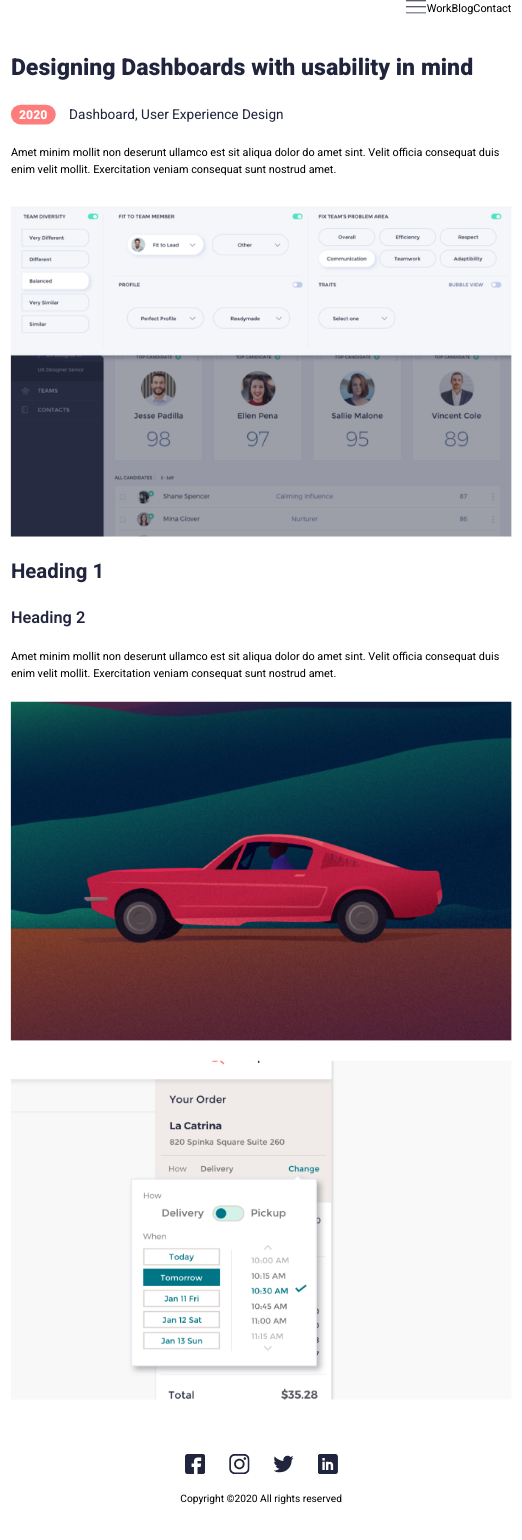
Repository: sharma171/portfolio
Page: /detailed
An editor plug-in stored every save of this project. The page is shown before and after the next save, followed by the edit.
The browser window is 768 px wide. The pictures show the whole page, at 68% of full size.
The project was rebuilt for these pictures with package versions that can differ from the ones it lists, and the page was loaded fresh each time. The framework's server and built-in components were replaced by stand-ins that run in the browser. Also part of the build but not shown: next.config.mjs.

Above is the page before, as saved 2024-06-02 22:33:32.

### src/app/layout.js

import "./globals.css";


export const metadata = {
  title: "Portfolio Website",
  description: "Blogging and projects site",
};

export default function RootLayout({ children }) {
  return (
    <html lang="en">
      <body>{children}</body>
    </html>
  );
}

### src/app/detailed/layout.jsx


export const metadata = {
    title: "Portfolio Website",
    description: "Blogging and projects site",
};

export default function RootLayout({ children}) {
    return (
        <html lang="en">
            <body>
                {children}
            </body>
        </html>
    );
}

### src/app/detailed/page.jsx
import React from "react";
import "../../app/globals.css";
import Image from "next/image";
import "../page.css"
import Header from "../../components/Header"
import Footer from "../../components/Footer"
import Featured1 from "../../../public/work/detailedOne.png";
import Featured2 from "../../../public/work/detailedTwo.png";
import Featured3 from "../../../public/work/detailedThree.png";

export default function DetailPage() {
    return (
        <>
        <Header />
        <section className="detailed">
            <div className="container">
                <div className="detailed-inner">
                    <h1 className="main-heading">
                    Designing Dashboards with usability in mind
                    </h1>
                    <div className="det-row">
                        <span className="date">2020</span>
                        <span className="topic">Dashboard, User Experience Design</span>
                    </div>
                    <h2 className="subheading">
                        Amet minim mollit non deserunt ullamco est sit aliqua dolor do amet sint. Velit officia consequat duis enim velit mollit. Exercitation veniam consequat sunt nostrud amet.
                    </h2>
                    <Image src={Featured1} alt="featured" className="full-w-thumb" />
                    <h1>Heading 1</h1>
                    <h2>Heading 2</h2>
                    <p className="subheading">
                        Amet minim mollit non deserunt ullamco est sit aliqua dolor do amet sint. Velit officia consequat duis enim velit mollit. Exercitation veniam consequat sunt nostrud amet.
                    </p>
                    <Image src={Featured2} alt="featured" className="full-w-thumb" />
                    <Image src={Featured3} alt="featured" className="full-w-thumb" />
                </div>
            </div>
        </section>
        <Footer />
        </>
    );
}

### src/app/globals.css
@import url('https://fonts.googleapis.com/css2?family=Heebo:wght@100..900&display=swap');

:root {
  --max-width: 1180px;
  --border-radius: 12px;
  --font-mono: ui-monospace, Menlo, Monaco, "Cascadia Mono", "Segoe UI Mono",
    "Roboto Mono", "Oxygen Mono", "Ubuntu Monospace", "Source Code Pro",
    "Fira Mono", "Droid Sans Mono", "Courier New", monospace;
  --main-font: "Heebo", sans-serif;
  --weight--300: 300;
  --weight--400: 400;
  --weight--500: 500;
  --weight--600: 600;
  --weight--700: 700;
  --weight--800: 800;
  --weight--900: 900;
  --hero-button: #FF6464;
  --text-color: #21243D;
}

* {
  box-sizing: border-box;
  padding: 0;
  margin: 0;
}

html,
body {
  max-width: 100vw;
  overflow-x: hidden;
  font-family: var(--main-font);
}

a {
  color: inherit;
  text-decoration: none;
}
.container {
  max-width: var(--max-width);
  margin: 0 auto;
  padding: 0 1rem;
}
header {
  background: #fff;
}
header .header-logo {
  width: 1rem;
  height: auto;
}
.nav {
  display: flex;
  flex-direction: row;
  justify-content:space-between;
  max-width: 1280px;
  margin: 0 auto;
  padding: 0 1rem;
}
.navMenu {
  display: flex;
  flex-direction: row;
  align-items: center;
}
.navMenu .navLink {
  font-size: 1.25rem;
  font-weight: var(--weight--600);
  color: var(--primary-color);
  margin: 30px;
}
/* ------------------------ Footer ---------------------------------------- */
footer {
  background: #fff;
  padding: 50px 0;
}

footer .footer-inner {
  display: flex;
  flex-direction: column;
  justify-content: center;
  align-items: center;
  gap: 18px;
}
footer .social-row {
  display: flex;
  flex-direction: row;
  justify-content: space-between;
  align-items: center;
  gap: 35px;
}
footer .social-row .social .social-img {
  width: 30px;
  image: 30px;
}
footer .footer-inner .copyright {
  font-size: 15px;
}
.mob-menu {
  display: none;
}
@media (max-width: 991px) {
  .navMenu {
    display: none;
  }
  .mob-menu {
    display: flex;
  }
}

### src/app/page.css
.main {
  display: flex;
  flex-direction: column;
  min-height: 100vh;
}
/* ----------------- hero section ----------------- */
.hero .hero-row {
  display: flex;
  flex-direction: row;
}
.hero .hero-lhs {
  width: 70%;
}
.hero .hero-lhs .hero-cta {
  display: flex;
  flex-direction: column;
  gap: 40px;
  margin-top: 140px;
  margin-bottom: 70px;
}
.hero .hero-lhs .hero-cta .main-head {
  font-size: 44px;
  line-height: 3.75rem;
  font-weight: 700;
}
.hero .hero-lhs .hero-cta .sub-head {
  font-size: 16px;
  line-height: 1.5rem;
  font-weight: 400;
  max-width: 500px;
}
.hero .hero-lhs .hero-cta .cta-button {
  padding: 14px 20px;
  font-size: 1.15rem;
  line-height: 19px;
  font-weight: 500;
  font-family: "Heebo", sans-serif;
  margin-right: auto;
  background: var(--hero-button);
  color: #fff;
  border: none;
}
.hero .hero-rhs {
  width: 30%;
  display: flex;
  justify-content: flex-start;
  align-items: center;
}
.hero .hero-rhs .hero-img {
  position: relative;
}
.hero .hero-rhs .hero-img .image {
  width: 283px;
  height: 283px;
  z-index: 1;

}
.hero .hero-rhs .hero-img::after {
  content: "";
  position: absolute;
  top: 13px;
  left: -5px;
  width: 283px;
  height: 283px;
  background: #EDF7FA;
  z-index: -1;
  border-radius: 300px;
}

/* -------------------------  Home Blog Section --------------------------------------- */

.home-blog {
  background: #EDF7FA;
}
.home-blog .blog-head {
  display: flex;
  flex-direction: row;
  justify-content: space-between;
  align-items: center;
  margin-top: 7px;
}
.home-blog .blog-head .heading {
  font-size: 22px;
  line-height: 60px;
  font-weight: 400;
  color: var(--text-color);
}
.home-blog .blog-head .more-link {
  font-size: 16px;
  font-weight: 400;
  color: #00A8CC;
}

/* ----------------------- Blog Carousel ----------------------------------------- */
.blog-carousel .blog-image {
  display: none;
}
.blog-carousel {
  display: flex;
  flex-direction:row;
  overflow: hidden;
  max-width: 100%;
  padding-bottom: 32px;
}
.blog-carousel .blog-item {
  background-color: #fff;
  box-shadow: #bbe1fa3d 0 4px 10px 0;
  padding: 25px;
  display: flex;
  flex-direction: column;
  gap: 25px;
}
.blog-carousel .blog-item:nth-child(odd){
  margin-right: 10px;
}
.blog-carousel .blog-item:nth-child(even) {
  margin-left: 10px;
}
.blog-carousel .blog-item .blog-item-head {
  /* margin-bottom: 17px; */
}
.blog-carousel .blog-item .blog-item-head .head {
  font-size: 32px;
  line-height: 1.3em;
  font-weight: 700;
  color: var(--text-color);
}
.blog-carousel .blog-info {
  display: flex;
  flex-direction: row;
  gap: 25px;
  /* margin-bottom: 11px; */
}
.blog-carousel .blog-info .divline {
  width: 1px;
  height: 15.799999999999958px;
  margin-top: 4px;
  background: var(--text-color);
}
.blog-carousel .blog-info .date {
  font-size: 18px;
  line-height: 26px;
  color: var(--text-color);
  font-weight: 400;
}
.blog-carousel .blog-info .author {
  font-size: 18px;
  line-height: 26px;
  color: var(--text-color);
  font-weight: 400;
}
.blog-carousel .blog-info .blog-para .para{
  font-size: 16px;
  line-height: 24px;
  color: var(--text-color);
  font-weight: 400;
}

/* ---------------------------- Featured Works -------------------------------------------------------------------- */

.featured-home {
  background: #fff;
}
.featured-home .top-heading {
  display: flex;
  flex-direction: row;
  justify-content: space-between;
  align-items: center;
  margin-top: 17px;
  margin-bottom: 22px;
}
.featured-home .top-heading .head {
  font-size: 22px;
  color: var(--text-color);
  line-height: 60px;
  font-weight: 500;
}
.workcards {
  display: flex;
  flex-direction: column;
  gap: 40px;
  padding-bottom: 80px;
}
.workcards .card-item {
  display: flex;
  flex-direction: row;
  position: relative;
}
.workcards .card-item::after{
  content: "";
  position: absolute;
  top: calc(100% + 20px);
  left: 0;
  width: 100%;
  height: 1px;
  background: #E0E0E0;
}
.workcards .card-item .card-thumb {
  width: 250px;
  height: 180px;
  margin-right: 18px;
}
.workcards .card-item .card-thumb .thumb-img {
  width: 250px;
  height: 180px;
  object-fit: cover;
  border-radius:6px;
}
.workcards .card-item .card-info {
  display: flex;
  flex-direction: column;
  margin-left: 18px;
  gap: 24px;
}
.workcards .card-item .card-info .heading {
  font-size: 32px;
  font-weight: 800;
  line-height: 30px;
  color: var(--text-color);
}
.workcards .card-item .card-info .info-row {
  display: flex;
  flex-direction: row;
  gap: 25px;
}
.workcards .card-item .card-info .info-row .date {
  font-size: 18px;
  line-height: 17px;
  font-weight: 900;
  padding: 6px 10px 5px 10px;
  border-radius: 16px;
  color: #fff;
  background: #142850;
}
.workcards .card-item .card-info .info-row .topic {
  font-size: 20px;
  color: #8695A4;
}
.workcards .card-item .card-info .info-para {
  font-size: 18px;
  line-height: 24px;
  color: #21243D;
  font-weight: 400;
  width: 90%;
}
/* ------------------------------ Category Pages -------------- */
.work-category .container {
  max-width: 900px;
}
.blog-category .container {
  max-width: 900px;
}
.cat-head {
  padding-top: 80px;
  padding-bottom: 25px;
}
.cat-head h3 {
  font-size: 44px;
  line-height: 60px;
  font-weight: 700;
}
.blog-cards {
  display: flex;
  flex-direction: column;
  gap: 60px;
  padding-bottom: 80px;
}
.blog-cards .card-item {
  display: flex;
  flex-direction: column;
  gap: 10px;
  position: relative;
}
.blog-cards .card-item::after {
  content: "";
  position: absolute;
  top: calc(100% + 30px);
  left: 0;
  width: 100%;
  height: 1px;
  background: #E0E0E0;
}
.blog-cards .card-item .info-row .width-div {
  width: 1px;
  height: 15.799999999999958px;
  margin-top: 4px;
  background: var(--text-color);
}
.blog-cards .card-item .heading {
  font-size: 30px;
  font-weight: 600;
  line-height: 44px;
  color: var(--text-color);
}
.blog-cards .card-item .info-row {
  display: flex;
  flex-direction: row;
  gap: 20px;
}
.blog-cards .card-item .info-row .date {
  font-size: 20px;
  line-height: 29px;
  color: var(--text-color);
  font-weight: 400;
}
.blog-cards .card-item .info-row .topic {
  font-size: 20px;
  line-height: 29px;
  color: #8695A4;
  font-weight: 400;
}
.blog-cards .card-item .info-para {
  font-size: 16px;
  line-height: 24px;
  color: var(--text-color);
}
/* --------------------------- Detailed Page ------------------------------------------------------------- */
.detailed .container {
  max-width: 1000px;
}
.detailed .detailed-inner {
  display: flex;
  flex-direction: column;
  gap: 30px;
  padding-top: 50px;
  padding-bottom: 30px;
}
.detailed .detailed-inner h1.main-heading {
  font-size: 34px;
  line-height: 50px;
  font-weight: 800;
  color: var(--text-color);
}
.detailed .detailed-inner .det-row {
  display: flex;
  flex-direction: row;
  gap: 20px;
}
.detailed .detailed-inner .det-row .date {
  font-size: 18px;
  font-weight: 800;
  padding: 7px 12px 4px 12px;
  color: #fff;
  line-height: 17px;
  background: #FF7C7C;
  border-radius: 50px;
}
.detailed .detailed-inner .det-row .topic {
  font-size: 20px;
  line-height: 29px;
  font-weight: 400;
  color: var(--text-color);
}
.detailed .detailed-inner h2.subheading {
  font-size: 16px;
  line-height: 24px;
  color: #000;
  font-weight: 400;
}
.detailed .detailed-inner .full-w-thumb {
  width: 100%;
  height:auto;
  aspect-ratio: 680/460;
  object-fit: cover;
}
.detailed .detailed-inner h1 {
  font-size:30px;
  line-height: 45px;
  color: var(--text-color);
  font-weight: 700;
}
.detailed .detailed-inner h2 {
  font-size: 24;
  line-height: 30px;
  color: var(--text-color);
  font-weight: 600;
}

### src/components/Header.jsx
import React from "react";
import "../app/globals.css";
import Hambmenu from "../../public/hamb-menu.svg"
import Image from "next/image";

const navLink = [
    {
        name: "Work",
        link: "/"
    },
    {
        name: "Blog",
        link: "/blog"
    },
    {
        name: "Contact",
        link: "/contact"
    },
]

const Header = () => {
    return(
        <header>
            <nav className="nav">
                <a href="/">

                </a>
                <div className="navMenu">
                    {navLink.map((item, index) => (
                        <a href={item.link} className="navLink" key={index}>{item.name}</a>
                    ))}
                </div>
                <div className="mob-menu">
                    <Image src={Hambmenu} alt="hambmenu" className="hambmenu" />
                    <div className="mob-list">
                        {navLink.map((item, index) => (
                            <a href={item.link} className="moblink" key={index}>{item.name}</a>
                        ))}
                    </div>
                </div>
            </nav>
        </header>
    )
}

export default Header;

### src/components/Footer.jsx
import React from "react";

import Image from "next/image"

import FacebookIcon from "../../public/social/facebook.svg"
import InstagramIcon from "../../public/social/instagram.svg"
import TwitterIcon from "../../public/social/twitter.svg"
import LinkedinIcon from "../../public/social/Linkedin.svg"

const Footer = () => {
    return(
        <>
        <footer>
            <div className="container">
                <div className="footer-inner">
                    <div className="social-row">
                        <a href="" className="social">
                            <Image src={FacebookIcon} alt="icon" className="social-img" />
                        </a>
                        <a href="" className="social">
                            <Image src={InstagramIcon} alt="icon" className="social-img" />
                        </a>
                        <a href="" className="social">
                            <Image src={TwitterIcon} alt="icon" className="social-img" />
                        </a>
                        <a href="" className="social">
                            <Image src={LinkedinIcon} alt="icon" className="social-img" />
                        </a>
                    </div>
                    <span className="copyright">
                        Copyright ©2020 All rights reserved
                    </span>
                </div>
            </div>
        </footer>
        </>
    )
};
export default Footer;

After the next save:
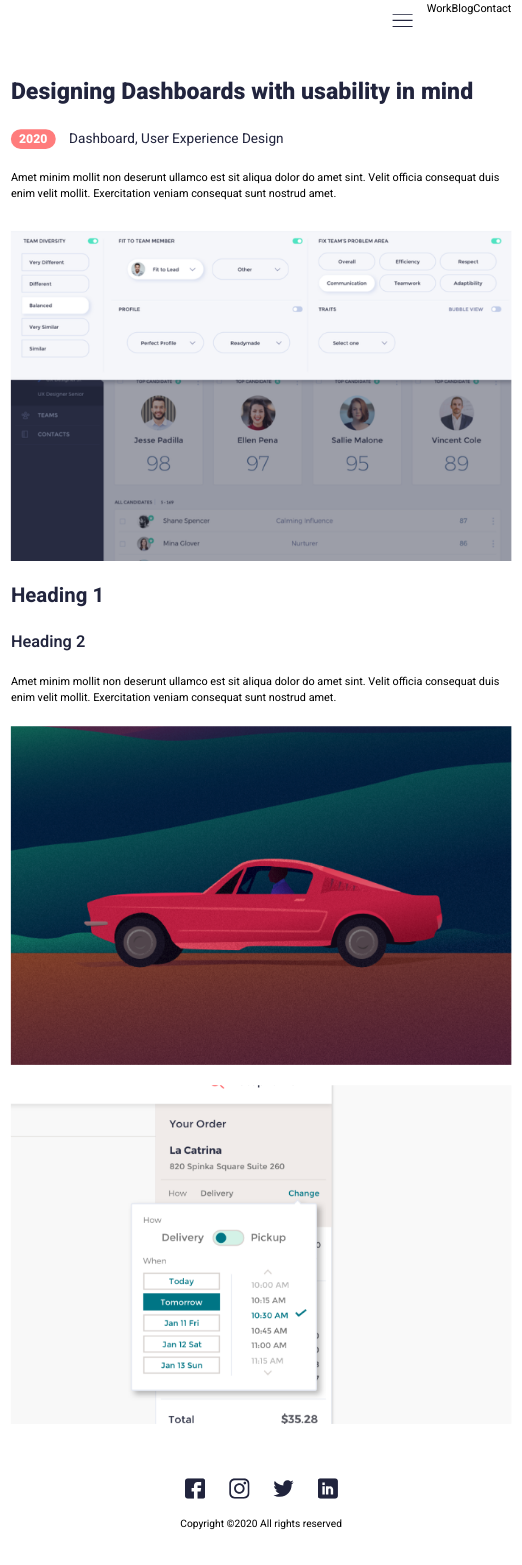
Saved 2 min 5 s later.
--- a/src/app/globals.css
+++ b/src/app/globals.css
@@ -103,4 +103,7 @@ footer .footer-inner .copyright {
   .mob-menu {
     display: flex;
   }
+  .mob-menu .hambmenu {
+    margin: 20px;
+  }
 }
